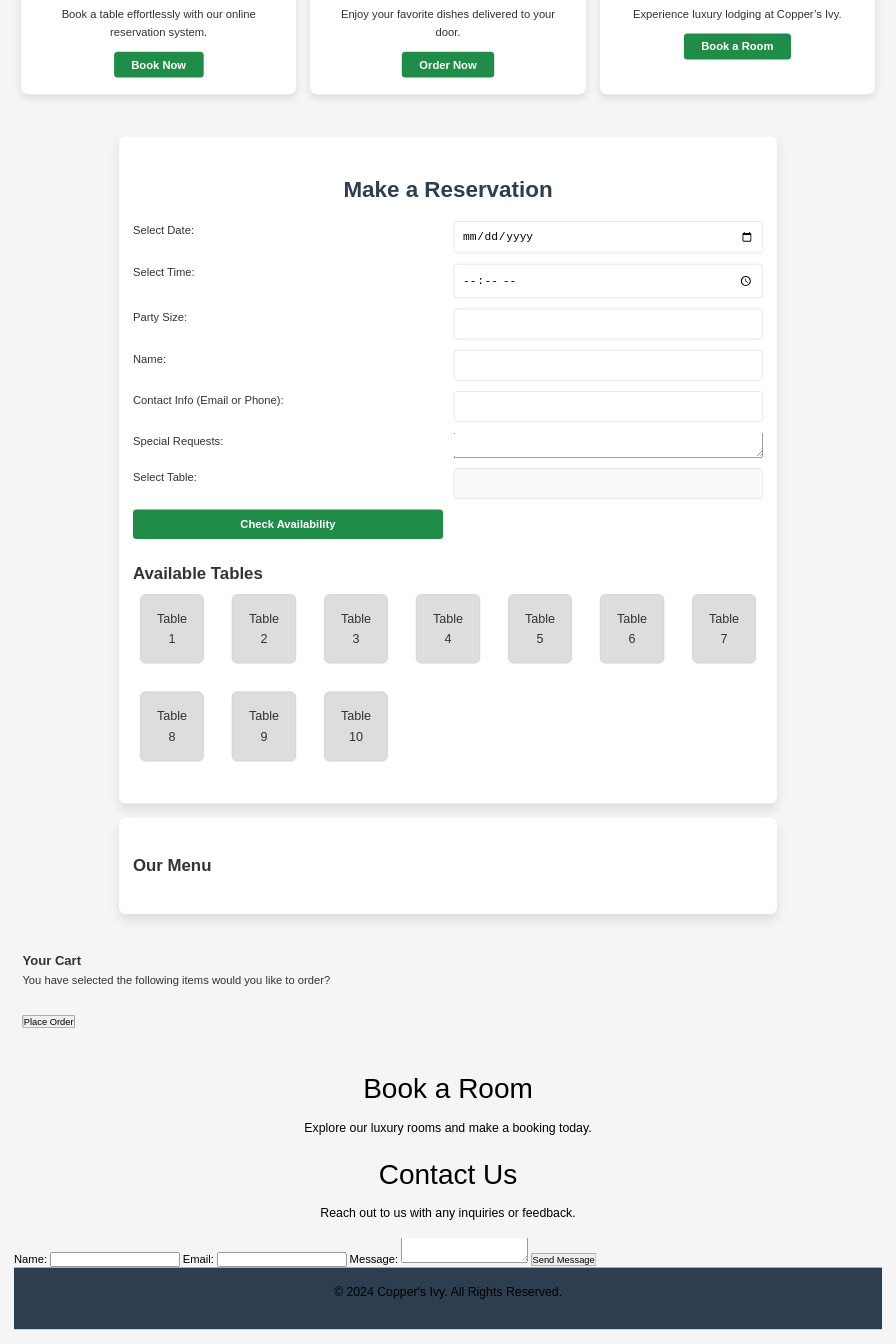
Repository: malingubarnice/Online-Reservation-System
Page: index.html
These files come from the project's save history. The page is drawn as it stood at one moment and after the next save; the edit follows.
The browser window is 1280 px wide. The pictures show the part of the page from y = 647 to 2567 px (the page is 2567 px tall before and 2447 px after), at 70% of full size.

Above is the page before, as saved 2025-01-07 15:22:37.

### index.html
<!DOCTYPE html>
<html lang="en">
<head>
  <meta charset="UTF-8">
  <meta name="viewport" content="width=device-width, initial-scale=1.0">
  <title>Copper's Ivy Integrated Suite</title>
  <link rel="stylesheet" href="styles.css">
</head>



<body>
  <!-- Navigation Bar -->
  <header>
    <div class="logo">
      <img src="assets/logo.jpg" alt="Copper Ivy Logo">
    </div>
    <nav class="navbar">
      <ul>
        <li><a href="#home">Home</a></li>
        <li><a href="#reservations">Reservations</a></li>
        <li><a href="#menu">Menu</a></li>
        <li><a href="#order-online">OrderOnline</a></li>
        <li><a href="#rooms">Rooms</a></li>
        <li><a href="#cart">Cart</a></li>
        <li><a href="#contact">Contact Us</a></li>
      </ul>
    </nav>
  </header>




  <!-- Hero Section -->
  <section id="home" class="hero">
    <h1>Welcome to Copper's Ivy</h1>
    <p>Experience fine dining and lodging.</p>
    <a href="#reservations" class="btn">Make a Reservation</a>
  </section>

  <!-- Features Section -->
  <section class="features">
    <div class="feature">
      <h2>Reserve Your Table</h2>
      <p>Book a table effortlessly with our online reservation system.</p>
      <a href="#reservations" class="btn">Book Now</a>
    </div>
    <div class="feature">
      <h2>Order Online</h2>
      <p>Enjoy your favorite dishes delivered to your door.</p>
      <a href="#menu" class="btn">Order Now</a>
    </div>
    <div class="feature">
      <h2>Book a Room</h2>
      <p>Experience luxury lodging at Copper’s Ivy.</p>
      <a href="#rooms" class="btn">Book a Room</a>
    </div>
  </section>




  <!-- Reservations Section -->
<section id="reservations">
    <h1>Make a Reservation</h1>
    <div class="reservation-form">
        <label for="date">Select Date:</label>
        <input type="date" id="date" required>

        <label for="time">Select Time:</label>
        <input type="time" id="time" required>

        <label for="party-size">Party Size:</label>
        <input type="number" id="party-size" min="1" max="20" required>

        <!-- New fields for contact info and special requests -->
        <label for="customer-name">Name:</label>
        <input type="text" id="customer-name" required>

        <label for="contact-info">Contact Info (Email or Phone):</label>
        <input type="text" id="contact-info" required>

        <label for="special-requests">Special Requests:</label>
        <textarea id="special-requests"></textarea>

        <!-- New field to show selected table -->
        <label for="selected-table">Select Table:</label>
        <input type="text" id="selected-table" disabled> <!-- Hidden field to store the selected table -->

        <button class="reserve-btn">Check Availability</button>
    </div>

    <!-- Table Layout Section -->
    <div class="table-layout">
        <h2>Available Tables</h2>
        <div class="tables">
            <!-- Table icons dynamically loaded -->
        </div>
    </div>
</section>


  <!-- Menu Section -->
  <section id="menu">
    <h1>Our Menu</h1>
    <div class="menu-items">
      <!-- Menu items dynamically loaded -->
    </div>
  </section>

    <!-- Order Section -->
    <section id="order-online">
        <!-- Menu Items -->
        <div class="menu-items">
            <!-- Menu items dynamically loaded from the backend -->
        </div>


  <!-- Cart Section -->
    <section id="cart">
      <h1>Your Cart</h1>
      <p>You have selected the following items would you like to order?</p>
      <div class="cart-items">
        <!-- Cart items dynamically loaded -->
      </div>
  </section>
        <!-- Order Form -->
        <div class="order-form">
            <div class="order-list">
                <!-- Dynamically added ordered items will appear here -->
            </div>
            <button class="place-order-btn">Place Order</button>
        </div>
    </section>


<!-- Rooms Section -->
<section id="rooms">
  <h1>Book a Room</h1>
  <p>Explore our luxury rooms and make a booking today.</p>

  <div class="room-list">
    <!-- Room cards dynamically loaded -->
  </div>

  <!--A Booking Form-->
<!-- Booking form (initially hidden) -->
<div class="booking-form" style="display: none;">
  <form id="room-booking-form">
      <input type="hidden" id="room_id" name="room_id">  <!-- Hidden input for room ID -->
      <label for="room-selection">Room</label>
      <input type="text" id="room-selection" name="room_name" readonly>

      <label for="check-in-date">Check-in Date</label>
      <input type="date" id="check-in-date" name="check_in_date" required>

      <label for="check-out-date">Check-out Date</label>
      <input type="date" id="check-out-date" name="check_out_date" required>

      <label for="guest-count">Number of Guests</label>
      <input type="number" id="guest-count" name="guest_count" min="1" required>

      <label for="contact-info">Contact Information</label>
      <input type="text" id="contact-info" name="contact-info" placeholder="Enter your contact info" required>


      <p id="price"></p>

      <button type="submit">Book Room</button>
  </form>
</div>





  <!-- Contact Section -->
  <section id="contact">
    <h1>Contact Us</h1>
    <p>Reach out to us with any inquiries or feedback.</p>
    <form class="contact-form">
      <label for="name">Name:</label>
      <input type="text" id="name" required>

      <label for="email">Email:</label>
      <input type="email" id="email" required>

      <label for="message">Message:</label>
      <textarea id="message" required></textarea>

      <button type="submit" class="btn">Send Message</button>
    </form>
  </section>

  <!-- Footer -->
  <footer>
    <p>&copy; 2024 Copper's Ivy. All Rights Reserved.</p>
  </footer>


  <script src="https://cdn.botpress.cloud/webchat/v2.2/inject.js"></script>
  <script src="https://files.bpcontent.cloud/2024/12/05/06/20241205062412-612LYK8G.js"></script>


  <script src="script.js"></script>
</body>
</html>

### styles.css
/* General Reset */
body, h1, h2, p, ul, li, a, button {
    margin: 0;
    padding: 0;
    box-sizing: border-box;
}

/* Body and Layout */
body {
    font-family: 'Arial', sans-serif;
    line-height: 1.6;
    background-color: #f5f5f5;
    color: #333;
}

/* Header */
header {
    display: flex;
    justify-content: space-between;
    align-items: center;
    padding: 20px;
    background: white;
    color: #fff;
    border-bottom: 2px solid #c4ccd4;
    border-radius: 26px;
    border-style: none;
}

header .logo img {
    height: 100px;
    border-radius: 50px;
}

header nav ul {
    display: flex;
    list-style: none;
}

header nav ul li {
    margin-left: 25px;
}

header nav ul li a {
    color: rgb(10, 10, 10);
    text-decoration: none;
    font-size: 25px;
    font-weight: 500;
    transition: color 0.3s;
}

header nav ul li a:hover {
    color: #eb2630;
}

/* Hero Section */
.hero {
    background: url('assets/cookingbackground.jpg') no-repeat center center/cover;
    text-align: center;
    padding: 100px 20px;
    color: #fff;
    font-size: 28px;
}

.hero h1 {
    font-size: 36px;
    margin-bottom: 15px;
}

.hero p {
    font-size: 20px;
    margin-bottom: 20px;
}

.hero .btn {
    padding: 12px 30px;
    background-color: #1f8c47;
    color: #fff;
    text-decoration: none;
    font-weight: bold;
    border-radius: 5px;
    transition: background-color 0.3s;
}

.hero .btn:hover {
    background-color: #07e262;
}

/* Features Section */
.features {
    display: flex;
    justify-content: space-around;
    margin: 50px 20px;
}

.feature {
    background-color: #fff;
    border-radius: 10px;
    box-shadow: 0 6px 12px rgba(0, 0, 0, 0.1);
    padding: 30px;
    text-align: center;
    flex: 1;
    margin: 10px;
}

.feature h2 {
    font-size: 24px;
    margin-bottom: 10px;
}

.feature p {
    font-size: 16px;
    margin-bottom: 20px;
}

.feature .btn {
    background-color: #1f8c47;
    color: #fff;
    text-decoration: none;
    padding: 10px 25px;
    font-weight: bold;
    border-radius: 5px;
    transition: background-color 0.3s;
}

.feature .btn:hover {
    background-color: #10ce5f;
}

/* Reservations Section */
#reservations {
    padding: 50px 20px;
    background: #fff;
    margin: 20px auto;
    max-width: 900px;
    box-shadow: 0 8px 16px rgba(0, 0, 0, 0.1);
    border-radius: 10px;
}

#reservations h1 {
    font-size: 32px;
    margin-bottom: 20px;
    text-align: center;
    color: #2c3e50;
}

.reservation-form {
    display: grid;
    grid-template-columns: 1fr 1fr;
    gap: 15px;
    margin-bottom: 30px;
}

.reservation-form label {
    font-size: 16px;
    color: #333;
}

.reservation-form input, .reserve-btn {
    padding: 12px;
    border: 1px solid #ddd;
    border-radius: 5px;
    font-size: 16px;
    transition: border-color 0.3s;
}

.reservation-form input:focus {
    border-color: #27ae60;
}

.reserve-btn {
    background-color: #1f8c47;
    color: #fff;
    font-weight: bold;
    cursor: pointer;
    border: none;
    transition: background-color 0.3s;
}

.reserve-btn:hover {
    background-color: #07e262;
}

/* Table Layout */
.table-layout {
    margin-top: 20px;
}

.tables {
    display: grid;
    grid-template-columns: repeat(auto-fill, minmax(100px, 1fr));
    gap: 20px;
}

.tables .table {
    background-color: #ddd;
    padding: 20px;
    text-align: center;
    font-size: 18px;
    border-radius: 8px;
    cursor: pointer;
    transition: transform 0.3s, background-color 0.3s;
}

.tables .table:hover {
    transform: scale(1.1);
    background-color: #27ae60;
    color: #fff;
}

/* Menu Section */
#menu {
    padding: 50px 20px;
    background: #fff;
    margin: 20px auto;
    max-width: 900px;
    box-shadow: 0 8px 16px rgba(0, 0, 0, 0.1);
    border-radius: 10px;
}

.menu-items {
    display: grid;
    grid-template-columns: repeat(auto-fill, minmax(250px, 1fr));
    gap: 20px;
}

.menu-items .menu-item {
    background: #f4f4f4;
    padding: 20px;
    border-radius: 8px;
    box-shadow: 0 4px 8px rgba(0, 0, 0, 0.1);
    text-align: center;
    transition: transform 0.3s;
}

.menu-items .menu-item:hover {
    transform: scale(1.05);
    box-shadow: 0 8px 16px rgba(0, 0, 0, 0.2);
}

.menu-items img {
    max-width: 100%;
    border-radius: 5px;
}






/* Footer */
footer {
    text-align: center;
    padding: 20px;
    background-color: #2c3e50;
    color: #fff;
}

/* Responsive Design */
@media (max-width: 768px) {
    .features {
        flex-direction: column;
        align-items: center;
    }

    .feature {
        width: 100%;
        margin-bottom: 30px;
    }

    .reservation-form {
        grid-template-columns: 1fr;
    }

    .tables {
        grid-template-columns: 1fr 1fr;
    }

    .menu-items {
        grid-template-columns: 1fr 1fr;
    }
}

@media (max-width: 480px) {
    header {
        flex-direction: column;
        align-items: flex-start;
    }

    header nav ul {
        flex-direction: column;
        gap: 10px;
    }

    .hero h1 {
        font-size: 28px;
    }

    .hero p {
        font-size: 18px;
    }
}

/* Style for available tables */
.table {
    padding: 10px;
    margin: 10px;
    border: 1px solid #ccc;
    cursor: pointer;
    display: inline-block;
}

/* Highlight the selected table */
.table.selected {
    background-color: #4CAF50; /* Green background */
    color: white;
    border: 2px solid #fff;
}

/*stying order online section*/
#order-online {
    padding: 2rem;
}

.menu-item {
    border: 1px solid #ddd;
    margin: 1rem;
    padding: 1rem;
    text-align: center;
}
.order-form {
    margin-top: 2rem;
}
.order-total {
    font-weight: bold;
    margin-top: 1rem;
}


/*styling rooms*/
/* General styling for the Rooms Section */
#rooms {
    font-family: Arial, sans-serif;
    padding: 20px;
    background-color: #f5f5f5;
}

#rooms h1 {
    text-align: center;
    color: #333;
    font-size: 2.5rem;
    margin-bottom: 10px;
}

#rooms p {
    text-align: center;
    font-size: 1.1rem;
    color: #666;
    margin-bottom: 20px;
}

/* Room Listings */
.room-listings {
    display: grid;
    grid-template-columns: repeat(auto-fill, minmax(250px, 1fr));
    gap: 20px;
    margin-bottom: 30px;
}

.room-card {
    background-color: white;
    border-radius: 8px;
    box-shadow: 0 4px 6px rgba(0, 0, 0, 0.1);
    padding: 15px;
    text-align: center;
    transition: transform 0.3s ease-in-out;
}

.room-card:hover {
    transform: translateY(-5px);
}

.room-card img {
    width: 100%;
    height: 180px;
    object-fit: cover;
    border-radius: 8px;
}

.room-card h3 {
    font-size: 1.5rem;
    color: #333;
    margin: 15px 0;
}

.room-card p {
    font-size: 1.1rem;
    color: #777;
}

.room-card .price {
    font-size: 1.2rem;
    font-weight: bold;
    color: #1f8c47;
    margin-top: 10px;
}

.room-card button {
    background-color: #1f8c47;
    color: white;
    padding: 10px 15px;
    font-size: 1rem;
    border: none;
    border-radius: 5px;
    cursor: pointer;
    transition: background-color 0.3s;
}

.room-card button:hover {
    background-color: #07e262;
}

/* Booking Form Styling */
.booking-form {
    background-color: white;
    padding: 20px;
    border-radius: 8px;
    box-shadow: 0 4px 6px rgba(0, 0, 0, 0.1);
    width: 100%;
    max-width: 600px;
    margin: 0 auto;
}

.booking-form h2 {
    text-align: center;
    color: #333;
    font-size: 2rem;
    margin-bottom: 15px;
}

.booking-form form {
    display: flex;
    flex-direction: column;
    gap: 15px;
}

.booking-form label {
    font-size: 1.1rem;
    color: #333;
}

.booking-form select,
.booking-form input {
    padding: 10px;
    font-size: 1rem;
    border: 1px solid #ccc;
    border-radius: 5px;
    width: 100%;
}

.booking-form button {
    background-color: #1f8c47;
    color: white;
    padding: 12px 20px;
    font-size: 1.1rem;
    border: none;
    border-radius: 5px;
    cursor: pointer;
    transition: background-color 0.3s;
}

.booking-form button:hover {
    background-color: #07e262;
}

/* Confirmation Message */
#confirmation-message {
    font-size: 1.2rem;
    color: #333;
    margin-top: 20px;
    text-align: center;
    display: none; /* Hidden initially */
}

#confirmation-message.success {
    color: #4caf50;
}

#confirmation-message.error {
    color: #f44336;
}



/* Container for styling the rooms */
.room-list {
    display: flex;
    flex-wrap: wrap; /* Allows room cards to wrap to the next line when necessary */
    justify-content: center; /* Centers the room cards horizontally */
    gap: 20px; /* Adds space between cards */
    max-width: 80%; /* Makes the container occupy 80% of the page */
    margin: 0 auto; /* Centers the container horizontally */
}

/* Individual room card */
.room-card {
    width: 30%; /* Makes each card take up about 30% of the container's width */
    max-width: 300px; /* Optional: Set a max width for the cards */
    margin: 10px;
    padding: 15px;
    text-align: center;
    box-shadow: 0 4px 8px rgba(0, 0, 0, 0.1);
    background-color: #fff;
    border-radius: 10px;
    box-sizing: border-box;
}

/* Image inside room card */
.room-card img {
    width: 100%; /* Ensures the image stretches across the container */
    height: auto; /* Keeps aspect ratio intact */
    object-fit: contain; /* Ensures the full image is visible */
}

@media (max-width: 768px) {
    .room-card {
        width: 100%; /* Makes room cards stack on smaller screens */
    }
}

/* Target the specific booking room section and make the font weight lighter */
#rooms {
    color: black; /* Keeps the text color black */
    font-weight: lighter; /* Makes the font weight lighter */
}

/* Target the room cards within the booking room section */
#rooms .room-card {
    color: black; /* Ensures room card text is black */
    font-weight: lighter; /* Makes the room card text lighter */
}

/* You can also target specific elements like titles and descriptions, if necessary */
#rooms h1, #rooms p, #rooms .room-name, #rooms .room-description {
    color: black; /* Sets the text to black */
    font-weight: lighter; /* Reduces the font weight */
}

Loaded but not shown: script.js (303 lines, source omitted)

After the next save:
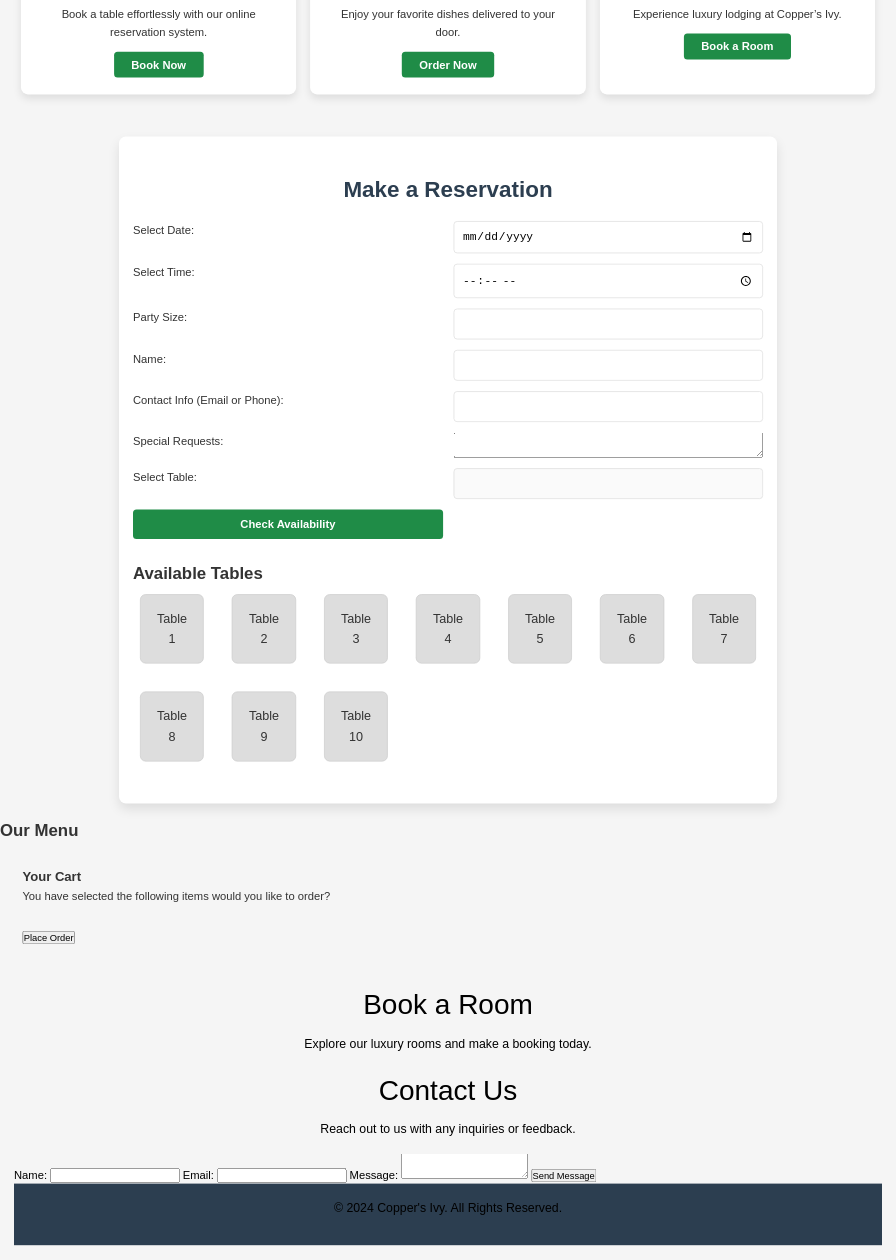
Saved 4 min 37 s later.
--- a/styles.css
+++ b/styles.css
@@ -206,43 +206,6 @@
     background-color: #27ae60;
     color: #fff;
 }
-
-/* Menu Section */
-#menu {
-    padding: 50px 20px;
-    background: #fff;
-    margin: 20px auto;
-    max-width: 900px;
-    box-shadow: 0 8px 16px rgba(0, 0, 0, 0.1);
-    border-radius: 10px;
-}
-
-.menu-items {
-    display: grid;
-    grid-template-columns: repeat(auto-fill, minmax(250px, 1fr));
-    gap: 20px;
-}
-
-.menu-items .menu-item {
-    background: #f4f4f4;
-    padding: 20px;
-    border-radius: 8px;
-    box-shadow: 0 4px 8px rgba(0, 0, 0, 0.1);
-    text-align: center;
-    transition: transform 0.3s;
-}
-
-.menu-items .menu-item:hover {
-    transform: scale(1.05);
-    box-shadow: 0 8px 16px rgba(0, 0, 0, 0.2);
-}
-
-.menu-items img {
-    max-width: 100%;
-    border-radius: 5px;
-}
-
-
 
 
 

After the save that followed:
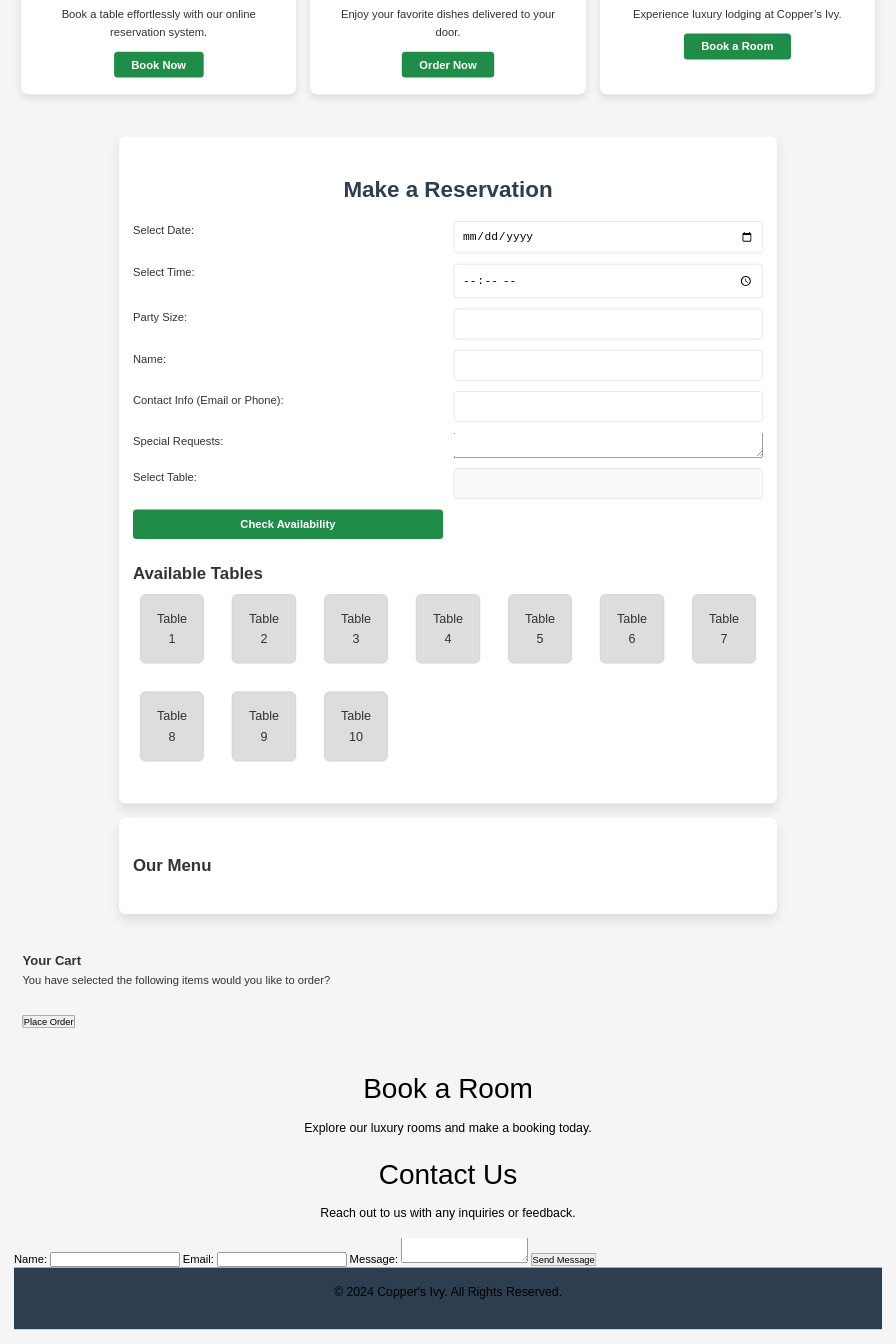
Saved 27 s later.
--- a/styles.css
+++ b/styles.css
@@ -206,6 +206,43 @@
     background-color: #27ae60;
     color: #fff;
 }
+
+/* Menu Section */
+#menu {
+    padding: 50px 20px;
+    background: #fff;
+    margin: 20px auto;
+    max-width: 900px;
+    box-shadow: 0 8px 16px rgba(0, 0, 0, 0.1);
+    border-radius: 10px;
+}
+
+.menu-items {
+    display: grid;
+    grid-template-columns: repeat(auto-fill, minmax(250px, 1fr));
+    gap: 20px;
+}
+
+.menu-items .menu-item {
+    background: #f4f4f4;
+    padding: 20px;
+    border-radius: 8px;
+    box-shadow: 0 4px 8px rgba(0, 0, 0, 0.1);
+    text-align: center;
+    transition: transform 0.3s;
+}
+
+.menu-items .menu-item:hover {
+    transform: scale(1.05);
+    box-shadow: 0 8px 16px rgba(0, 0, 0, 0.2);
+}
+
+.menu-items img {
+    max-width: 100%;
+    border-radius: 5px;
+}
+
+
 
 
 
